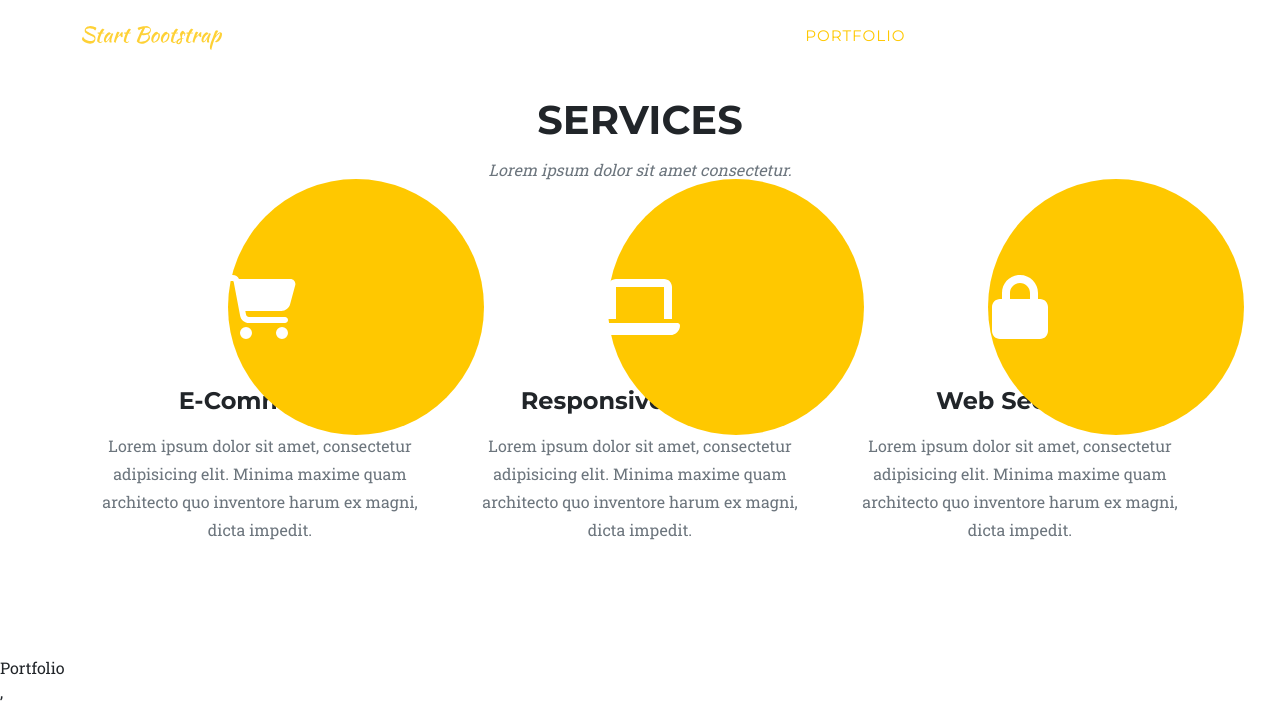
Repository: TinhTT336/MD02_Session08
Page: /portfolio
The author's editor kept a copy of each file at every save. The page is drawn from the files as they stood at one save, then again after a run of saves.
The browser window is 1280 px wide. The pictures show the whole page.
Some web libraries are served in a nearby version. The project was rebuilt for these pictures with package versions that can differ from the ones it lists, and the page was loaded fresh each time. Also part of the build but not shown: vite.config.js, src/App.css, src/components/Lession02/About.jsx, src/components/Lession02/Contact.jsx, src/components/Lession02/Team.jsx, src/index.css.

Above is the page before, as saved 2023-09-06 15:46:07.

After the next 2 saves:
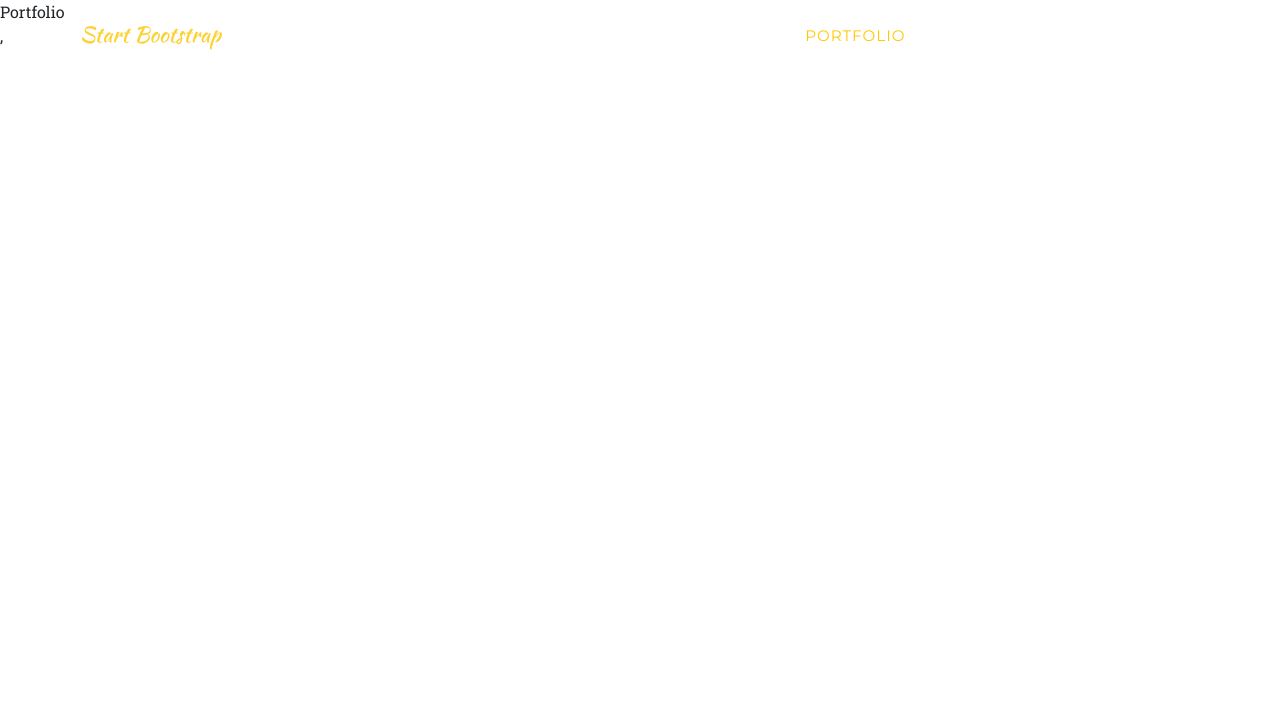
The 2 saves are shown as one change because 1 did not build or start.
The last was saved 31 s later.
--- a/src/App.jsx
+++ b/src/App.jsx
@@ -3,6 +3,7 @@
 import './App.css'
 // lession02
 import Navbar02 from './components/Lession02/Navbar02'
+// import Service from './components/Lession02/Service'
 import About from './components/Lession02/About'
 import Contact from './components/Lession02/Contact'
 import Portfolio from './components/Lession02/Portfolio'
@@ -90,7 +91,7 @@
       {/* lession02 */}
       {/* <Index /> */}
       <Navbar02 />
-      <Service />
+      {/* <Service /> */}
       <Routes>
         <Route path='/about' element={<About />}></Route >
         <Route path='/contact' element={<Contact />}></Route >

After the 3 saves that followed:
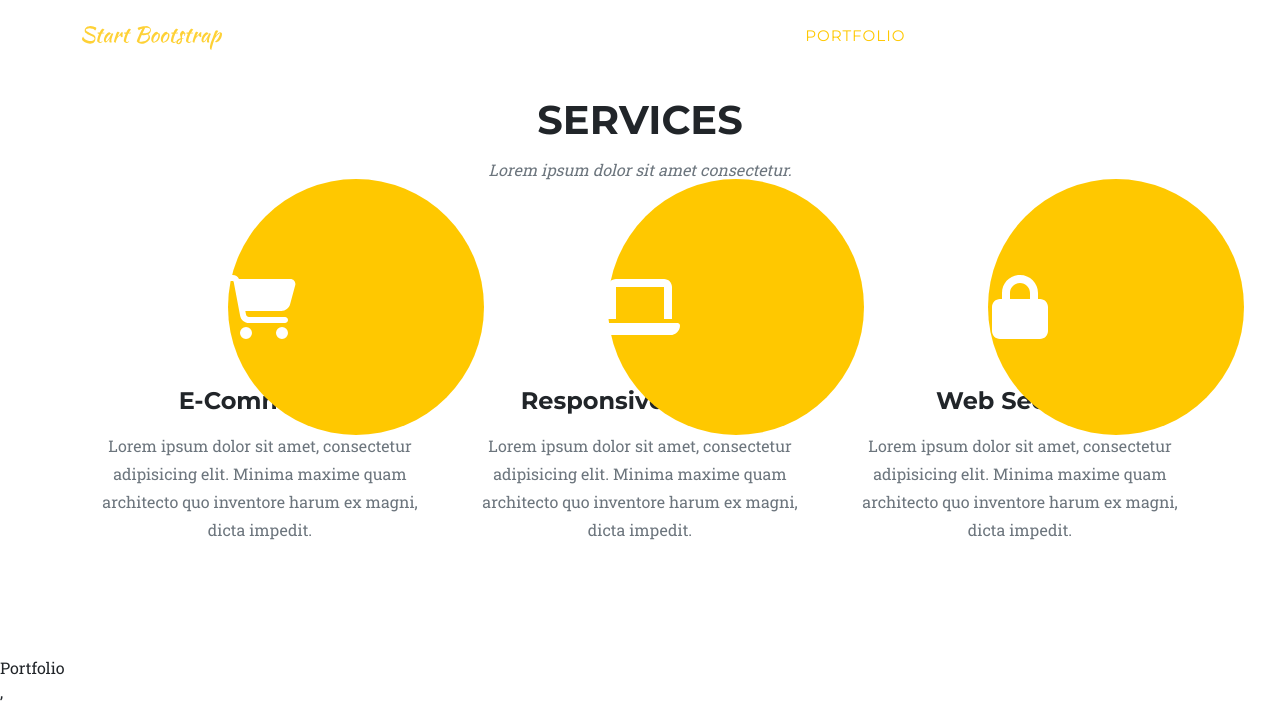
The 3 saves are shown as one change because 1 did not build or start and 1 left the picture as it was.
The last was saved 73 s later.
--- a/src/App.jsx
+++ b/src/App.jsx
@@ -3,7 +3,6 @@
 import './App.css'
 // lession02
 import Navbar02 from './components/Lession02/Navbar02'
-// import Service from './components/Lession02/Service'
 import About from './components/Lession02/About'
 import Contact from './components/Lession02/Contact'
 import Portfolio from './components/Lession02/Portfolio'
@@ -89,9 +88,8 @@
       </div> */}
 
       {/* lession02 */}
-      {/* <Index /> */}
       <Navbar02 />
-      {/* <Service /> */}
+      <Service />
       <Routes>
         <Route path='/about' element={<About />}></Route >
         <Route path='/contact' element={<Contact />}></Route >
